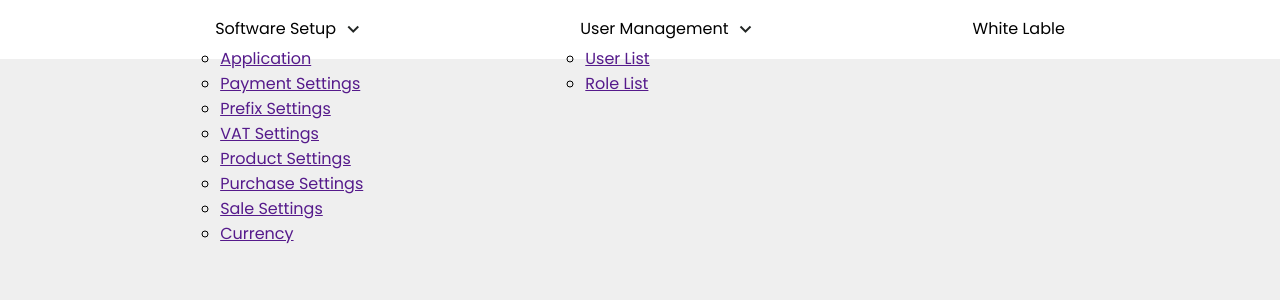
Repository: codebyaddro/pos-settings
Page: settings.html
The author's editor kept a copy of each file at every save. The page is drawn from the files as they stood at one save, then again after the next save.
The browser window is 1280 px wide. The pictures show the whole page.

Above is the page before, as saved 2025-02-16 14:36:58.

### settings.html
<!DOCTYPE html>
<html lang="en">
<head>
    <meta charset="UTF-8">
    <meta name="viewport" content="width=device-width, initial-scale=1.0">
    <!-- CSS -->
    <link rel="stylesheet" href="/css/settings.css">
    <!-- ICON -->
    <link href='https://unpkg.com/boxicons@2.1.4/css/boxicons.min.css' rel='stylesheet'>
    <title>Settings - Page</title>
</head>
<body style="background-color: var(--lt-gray);">
    <div class="cba-settings-container">
        <div class="cba-settings-top-menubar">
            <ul>
                <li class="cba-stm-one">
                    Software Setup<i class='cba-top-menu-arrow bx bx-chevron-down'></i>
                    <ul class="cba-stm-one-dd">
                        <li><a href="">Application</a></li>
                        <li><a href="">Payment Settings</a></li>
                        <li><a href="">Prefix Settings</a></li>
                        <li><a href="">VAT Settings</a></li>
                        <li><a href="">Product Settings</a></li>
                        <li><a href="">Purchase Settings</a></li>
                        <li><a href="">Sale Settings</a></li>
                        <li><a href="">Currency</a></li>
                    </ul>
                </li>
                <li class="cba-stm-two">
                    User Management<i class='cba-top-menu-arrow bx bx-chevron-down'></i>
                    <ul class="cba-stm-two-dd">
                        <li><a href="">User List</a></li>
                        <li><a href="">Role List</a></li>
                    </ul>
                </li>
                <li><a href="">
                    White Lable
                </a></li>
            </ul>
        </div>
    </div>
</body>
</html>

### css/settings.css
/* -- font link -- */

@import url('https://fonts.googleapis.com/css2?family=Poppins:ital,wght@0,100;0,200;0,300;0,400;0,500;0,600;0,700;0,800;0,900;1,100;1,200;1,300;1,400;1,500;1,600;1,700;1,800;1,900&display=swap');

/* -- root css -- */

:root {
    --gray-white: #F0F1F2; /* For body*/
    --white: #FFFFFF;
    --black: #000000;
    --gray-black: #DDDDDD;
    --lt-gray: #EFEFEF;
    --lt-black: #212523;
    --lt-black-op: #21252350;
    --main-green: #157343;
    --main-lt: #37A000;
    --lt-orange: #FD7E14;
    --green: #008000;
    --lt-green: #e9f6ec;
    --lp-green: #F8FAF8;
    --red: #FF0000;
    --lt-red: #fbeaec;
}

/* -- universal style -- */

* {
    margin: 0;
    padding: 0;
    box-sizing: border-box;
    font-family: "Poppins", serif;
}

/* -- web app cursor element selection style -- */

::selection {
    color: var(--white);
    background-color: var(--main-lt);
}

/* -- settings top menu bar style -- */

.cba-settings-top-menubar > ul {
    display: flex;
    justify-content: space-evenly;
    align-items: flex-start;
    background-color: var(--white);
    padding: 1rem 0;
    list-style-type: none;
}

.cba-settings-top-menubar > ul > li {
    display: flex;
    gap: 5px;
    align-items: center;
    cursor: pointer;
    font-size: 1rem;
    border-bottom: 2px solid var(--white);
}

.cba-settings-top-menubar > ul > li:hover {
    border-bottom: 2px solid var(--main-lt);
}

.cba-settings-top-menubar > ul > li > a {
    text-decoration: none;
    color: var(--black);
}

.cba-settings-top-menubar > ul > li > .cba-top-menu-arrow {
    font-size: 1.5rem;
    color: var(--lt-black);
}

/* -- settings top menu bar dropdown style -- */

.cba-settings-top-menubar > ul > .cba-stm-one {
    position: relative;
}

.cba-settings-top-menubar > ul > li > .cba-stm-one-dd {
    position: absolute;
    top: 30px;
    left: 5px;
}

.cba-settings-top-menubar > ul > .cba-stm-two {
    position: relative;
}

.cba-settings-top-menubar > ul > li > .cba-stm-two-dd {
    position: absolute;
    top: 30px;
    left: 5px;
}

After the next save:
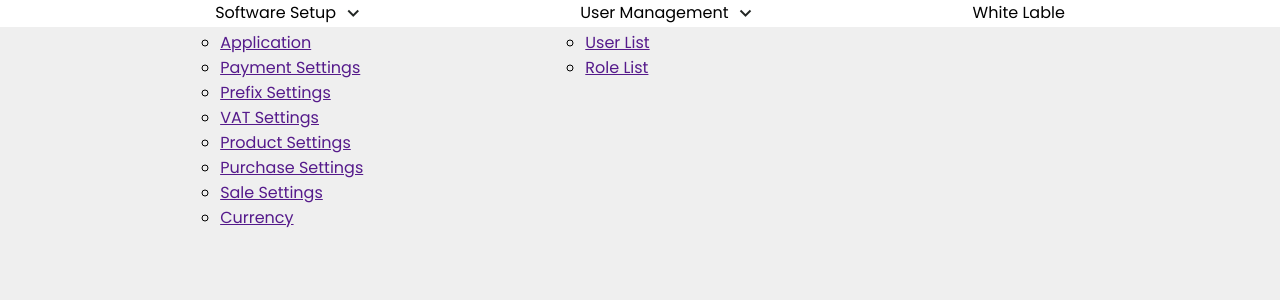
Saved 34 s later.
--- a/css/settings.css
+++ b/css/settings.css
@@ -45,7 +45,7 @@
     justify-content: space-evenly;
     align-items: flex-start;
     background-color: var(--white);
-    padding: 1rem 0;
+    /* padding: 1rem 0; */
     list-style-type: none;
 }
 
